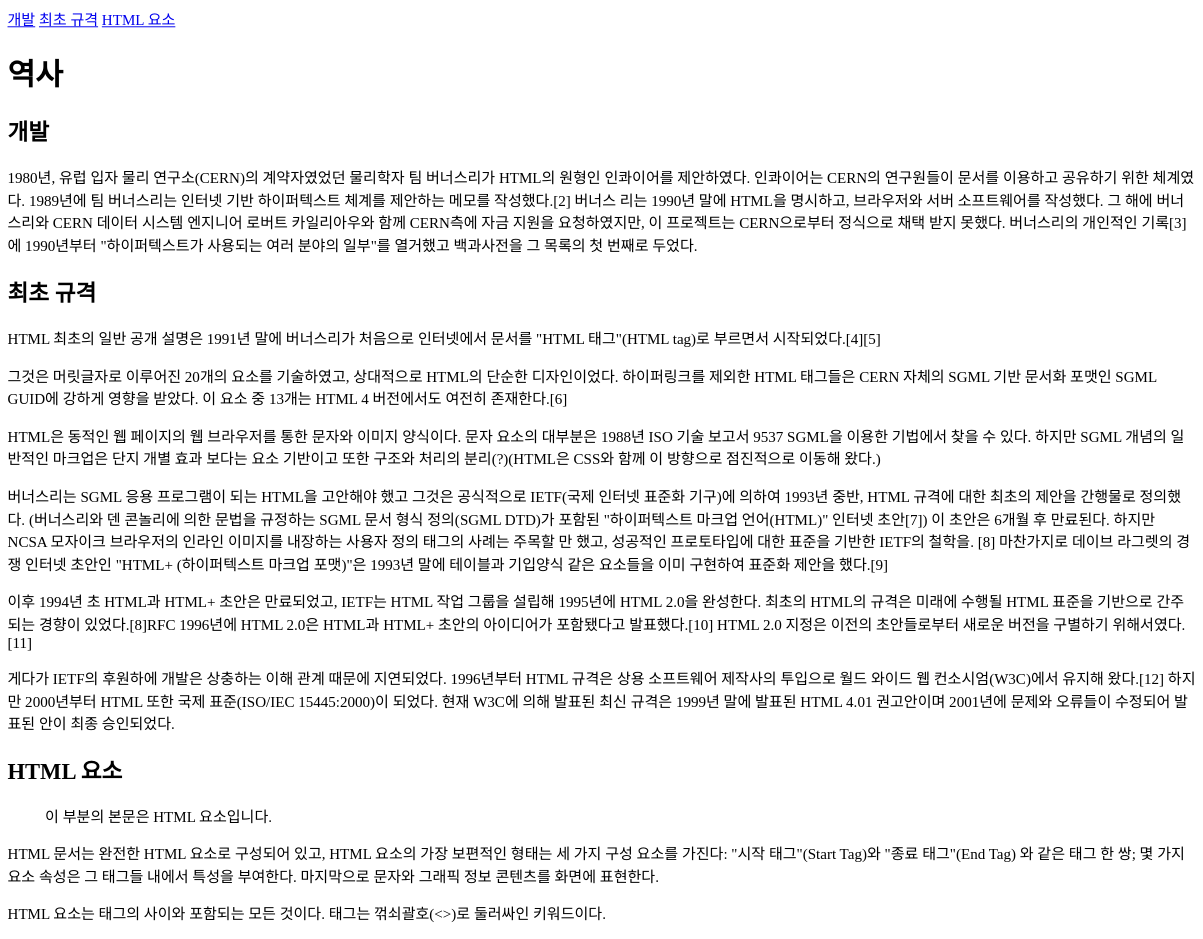
Repository: KimHeonSeung/TJE_HTML
Page: sources/day_01/WebContent/html_wiki.html
These files come from the project's save history. The page is drawn as it stood at one moment and after the next save; the edit follows.
The browser window is 1280 px wide. The pictures show the whole page, at 94% of full size.

Above is the page before, as saved 2019-05-13 01:30:37.

After the next save:
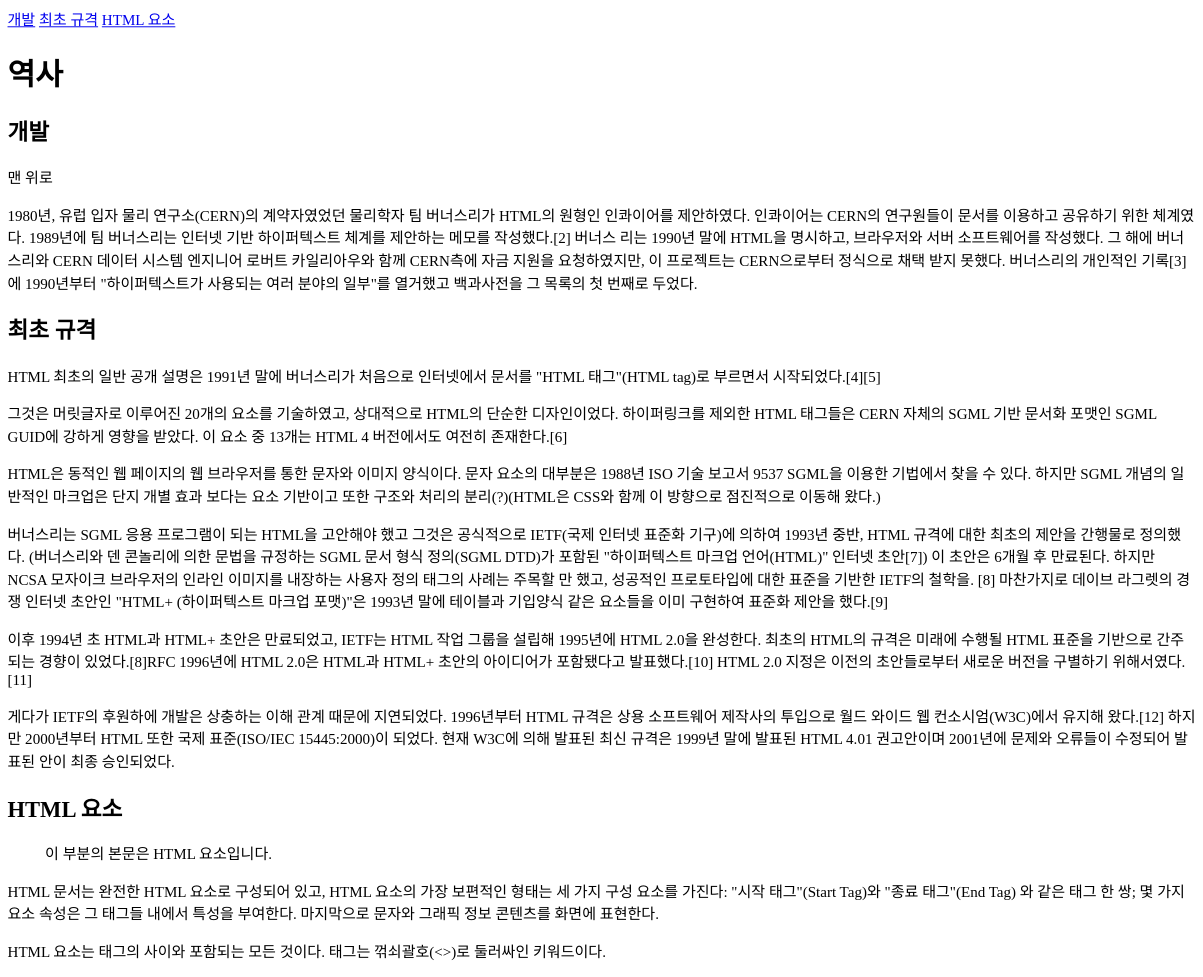
Saved 22 s later.
--- a/sources/day_01/WebContent/html_wiki.html
+++ b/sources/day_01/WebContent/html_wiki.html
@@ -13,7 +13,7 @@
 <a name = "home"></a>
 <h1>역사</h1>
 
-<h2><a name = "anchor1">개발</a></h2>
+<h2><a name = "anchor1">개발</a></h2> <a name = "home">맨 위로</a>
 
 <p>1980년, 유럽 입자 물리 연구소(CERN)의 계약자였었던 물리학자 팀 버너스리가 HTML의 원형인 인콰이어를 제안하였다. 인콰이어는 CERN의 연구원들이 문서를 이용하고 공유하기 위한 체계였다. 1989년에 팀 버너스리는 인터넷 기반 하이퍼텍스트 체계를 제안하는 메모를 작성했다.[2] 버너스 리는 1990년 말에 HTML을 명시하고, 브라우저와 서버 소프트웨어를 작성했다. 그 해에 버너스리와 CERN 데이터 시스템 엔지니어 로버트 카일리아우와 함께 CERN측에 자금 지원을 요청하였지만, 이 프로젝트는 CERN으로부터 정식으로 채택 받지 못했다. 버너스리의 개인적인 기록[3] 에 1990년부터 "하이퍼텍스트가 사용되는 여러 분야의 일부"를 열거했고 백과사전을 그 목록의 첫 번째로 두었다.</p>
 
